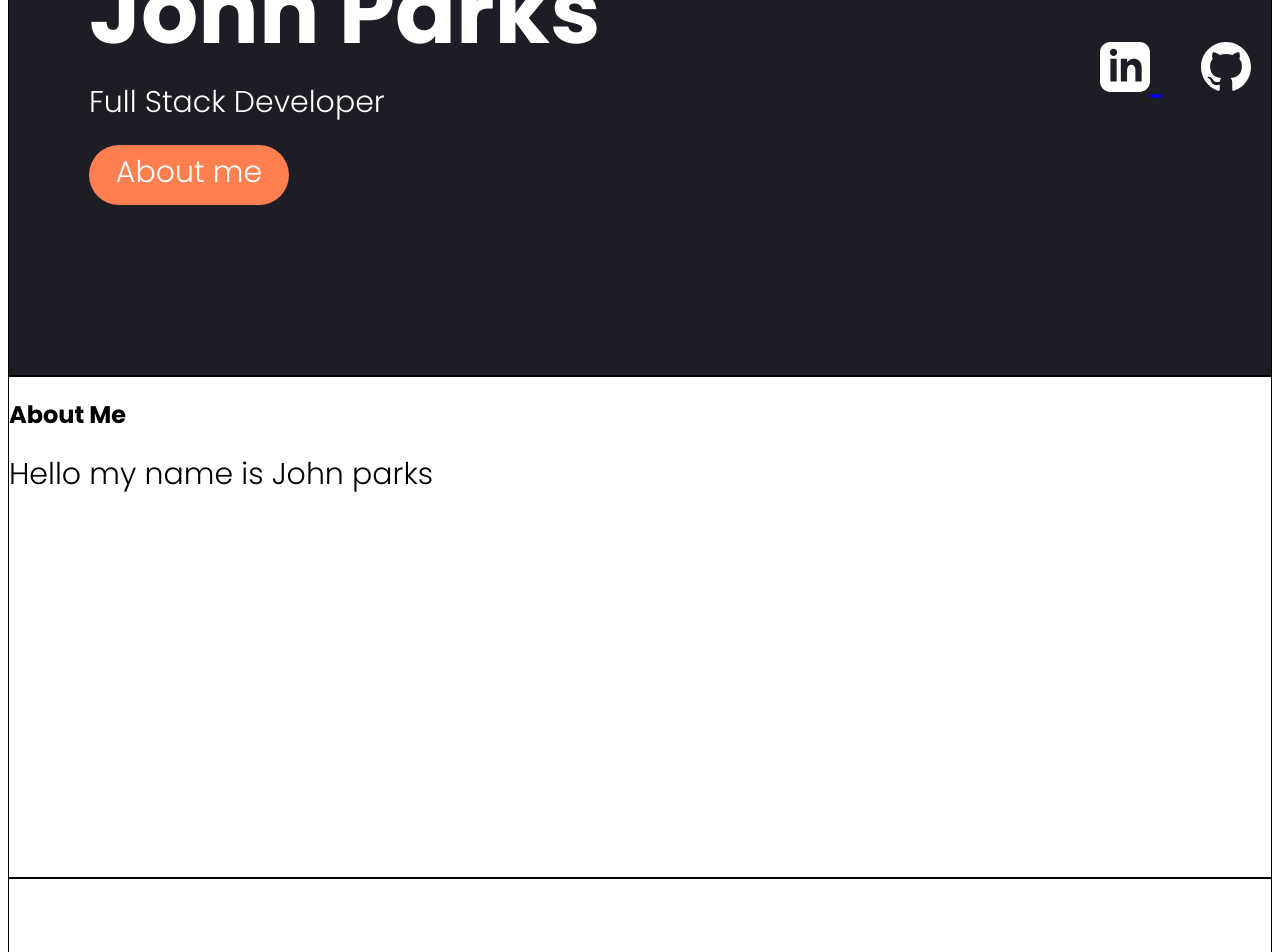
Repository: Jcparks84/Portfolio
Page: index.html
These files come from the project's save history. The page is drawn as it stood at one moment and after the next save; the edit follows.
The browser window is 1280 px wide. The pictures show the part of the page from y = 354 to 1306 px (the page is 2242 px tall).
A picture or video elsewhere on the page could not be fetched, so the positions and the page height are approximate.

Above is the page before, as saved 2022-08-10 15:34:02.

### index.html
<!DOCTYPE html>
<html>
    <head>
        <link rel="stylesheet" href="src/styles.css"/>
        <link rel="preconnect" href="https://fonts.googleapis.com">
        <link rel="preconnect" href="https://fonts.gstatic.com" crossorigin>
        <link href="https://fonts.googleapis.com/css2?family=Poppins:wght@300;400;600;700;800&display=swap" rel="stylesheet">
        <title>Portfolio</title>
        <meta charset="UTF-8" />
    </head>
    <body>
        <section class="hero">
            <nav>
                <img class="logo" src="src/images/coding-png-11.png" alt="John's Logo"/>
                <ul>
                    <li>About Me</li>
                    <li>Projects</li>
                    <li>Contact Me</li>
                </ul>
            </nav>
            <div class="hero-area">
                <div class="hero-text">
                <h1>John Parks</h1>
                <p>Full Stack Developer</p>
                <div class="button">About me</div>
            </div>
            <div class="socials">
                <!-- lnkedin -->
                <a href="https://www.linkedin.com/in/jcparks84/" class="social">
                    <svg xmlns="http://www.w3.org/2000/svg" fill="#ffffff" width="50" height="50" viewBox="0 0 24 24"><path d="M19 0h-14c-2.761 0-5 2.239-5 5v14c0 2.761 2.239 5 5 5h14c2.762 0 5-2.239 5-5v-14c0-2.761-2.238-5-5-5zm-11 19h-3v-11h3v11zm-1.5-12.268c-.966 0-1.75-.79-1.75-1.764s.784-1.764 1.75-1.764 1.75.79 1.75 1.764-.783 1.764-1.75 1.764zm13.5 12.268h-3v-5.604c0-3.368-4-3.113-4 0v5.604h-3v-11h3v1.765c1.396-2.586 7-2.777 7 2.476v6.759z"/></svg>
                </a>
                <!-- Github -->
                <a href="https://github.com/Jcparks84" class="social">
                    <svg xmlns="http://www.w3.org/2000/svg" fill="#ffffff" width="50" height="50" viewBox="0 0 24 24"><path d="M12 0c-6.626 0-12 5.373-12 12 0 5.302 3.438 9.8 8.207 11.387.599.111.793-.261.793-.577v-2.234c-3.338.726-4.033-1.416-4.033-1.416-.546-1.387-1.333-1.756-1.333-1.756-1.089-.745.083-.729.083-.729 1.205.084 1.839 1.237 1.839 1.237 1.07 1.834 2.807 1.304 3.492.997.107-.775.418-1.305.762-1.604-2.665-.305-5.467-1.334-5.467-5.931 0-1.311.469-2.381 1.236-3.221-.124-.303-.535-1.524.117-3.176 0 0 1.008-.322 3.301 1.23.957-.266 1.983-.399 3.003-.404 1.02.005 2.047.138 3.006.404 2.291-1.552 3.297-1.23 3.297-1.23.653 1.653.242 2.874.118 3.176.77.84 1.235 1.911 1.235 3.221 0 4.609-2.807 5.624-5.479 5.921.43.372.823 1.102.823 2.222v3.293c0 .319.192.694.801.576 4.765-1.589 8.199-6.086 8.199-11.386 0-6.627-5.373-12-12-12z"/></svg>
                </a>
            </div>
        </div>
        </section>
        <section>
            <div class="info">
                <h2>About Me</h2>
                <p>Hello my name is John parks</p>
            </div>

        </section>
        <section></section>
        <footer></footer>

        <script src="src/app.js"></script>
    </body>
</html>

### src/styles.css
body {
    font-family: 'Poppins', sans-serif;

}

section {
    height: 500px;
    background-color: white;
    border: solid black 1px;
}

.hero {
    background-color: #1c1d25;
    height: 100vh;
    color: white;
    font-size: 40px;
}

footer {
    height: 500px;
    background-color: black;
}

nav {
    display: flex;
    justify-content: space-between;
}

ul {
    display: flex;
    list-style-type: none;
    width: 500px;
    justify-content: space-around;
    font-size: 30px;
}

li {
    text-decoration: none;
}

h1 {
    font-size: 90px;
    margin: 0;
}

p {
    margin: 0;
    font-size: 30px;
    font-weight: 300;
}

.hero-area {
    display: flex;
    height: 100%;
    justify-content: space-between;
    align-items: center;
}

.hero-text {
    margin-left: 80px;
    margin-bottom: 200px;
}

.button {
    width: 200px;
    height: 55px;
    border-radius: 30px;
    background-color: coral;
    text-align: center;
    font-size: 30px;
    font-weight: 300;
    padding-top: 5px;
    margin-top: 20px;
}

.button:hover {
    background-color: #ef744b;
}

.button:active {
    background-color: #A9A9A9;
    color: #808080;
}

.socials {
    padding-bottom: 200px;
}

.logo {
    height: 100px;
    margin: 30px;
}

.social {
    margin: 20px
}

Loaded but not shown: src/app.js (no stored copy; drawn as an empty file)

After the next save:
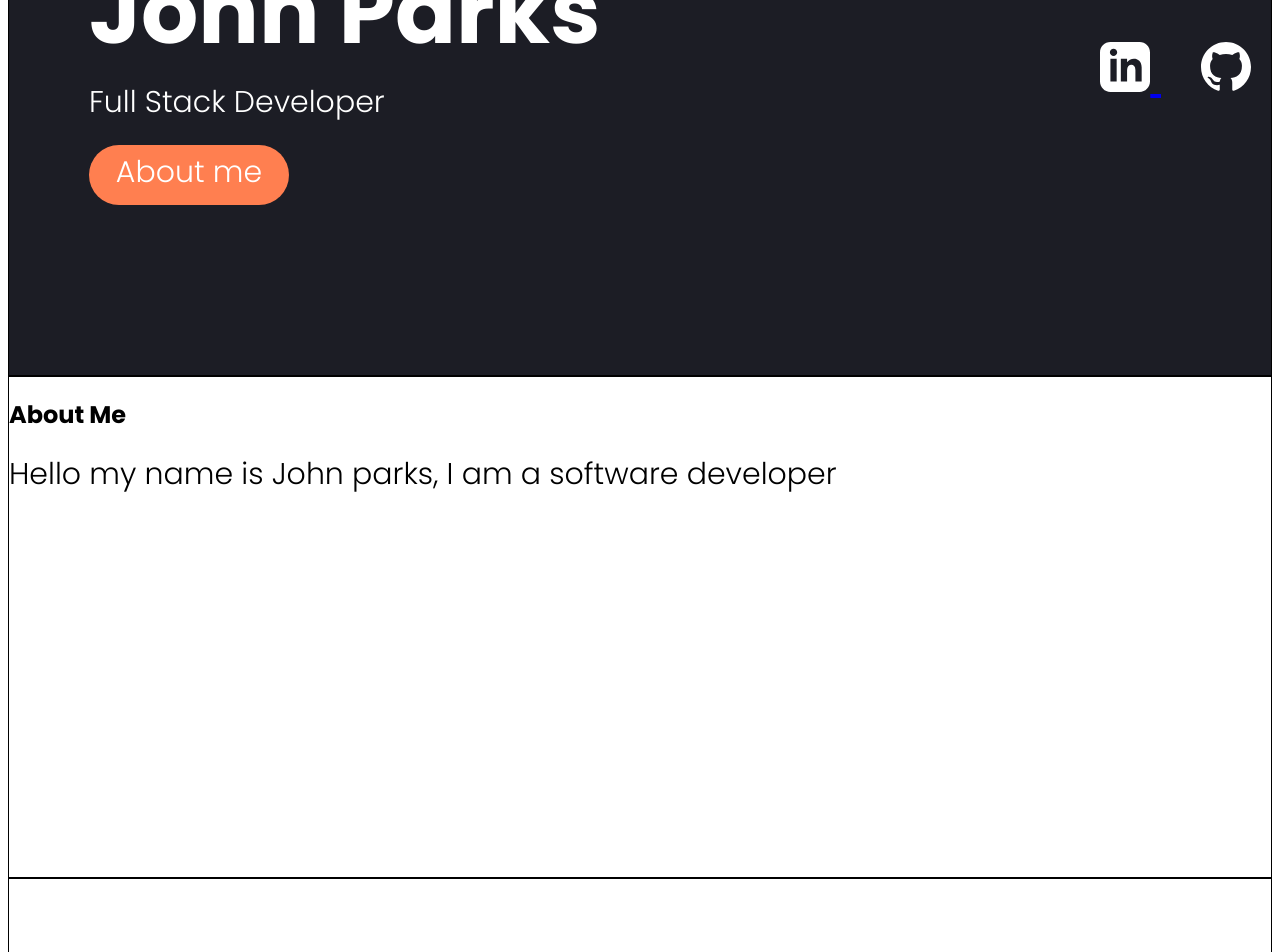
Saved 12 s later.
--- a/index.html
+++ b/index.html
@@ -39,7 +39,7 @@
         <section>
             <div class="info">
                 <h2>About Me</h2>
-                <p>Hello my name is John parks</p>
+                <p>Hello my name is John parks, I am a software developer</p>
             </div>
 
         </section>
